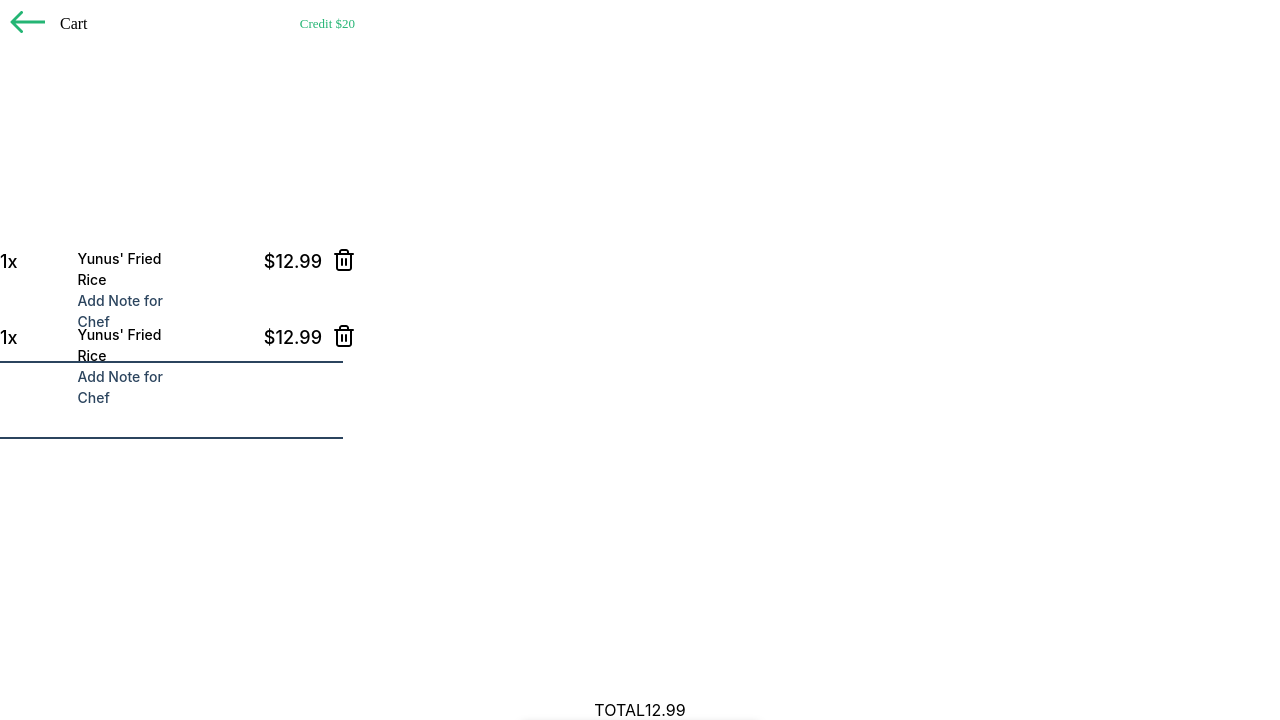
Repository: nguyenlejoe/HomeChef
Page: /DashBoardChef (app in app/)
The author's editor kept a copy of each file at every save. The page is drawn from the files as they stood at one save, then again after the next save.
The browser window is 1280 px wide. The pictures show the whole page.
An inner scrolling area shows only its first screen. The project was rebuilt for these pictures with package versions that can differ from the ones it lists, and the page was loaded fresh each time.

Above is the page before, as saved 2020-11-05 11:16:38.

### app/src/App.js
import React from 'react';
//import logo from './logo.svg';
//import './App.css';
import Pages from './pages/Checkout';

function App() {
  return (
    <Pages />
  );
}

export default App;

### app/src/pages/Checkout.js
import React from 'react';
import './Checkout.scss';
import CheckoutItem from '../comps/CheckoutItem';
import Button from '../comps/MainButton';
import TopBar from '../comps/TopBar';

export default function CheckoutPage() {
  return<div className="app">
       <div className="cart">
           <TopBar text="Cart"></TopBar>
       </div>
       <div className="checkout">
           <CheckoutItem></CheckoutItem>
           <CheckoutItem></CheckoutItem>

       </div>

        <div className="total">
            <div>TOTAL</div>
            <div>12.99</div>
        </div>
        <div className="button">
            <Button text="Checkout"></Button>
        </div>
    </div>
}

### app/src/pages/Checkout.scss
.app{
    width: 100vw;
    height:100vh;
    overflow-x: hidden;

}

.cart{
    margin-bottom: 200px;
}

.checkout{
    margin-bottom: 300px;
    display: flex;
    flex-direction: column;
    // justify-content: center;
}

.checkoutone{
    margin-bottom: 20px;
}

.total{
    display: flex;
    justify-content: center;
}

.button{
    display: flex;
    justify-content: center;
}

### app/src/comps/CheckoutItem/index.js
import React from 'react';
import styled, {css} from 'styled-components';

const Checkoutitemcont = styled.div`

max-width:346px;
max-height:76px;


`
const Carttxt = styled.div`
display:flex;
flex-direction:row;
`
const Quantity = styled.div`
Margin-right: 60px;font-size: 18px;
font-style: normal;
font-weight: 500;
line-height: 27px;
letter-spacing: 0em;
text-align: left;

`

const ItemName = styled.div`
Margin-right: 90px;
font-size: 14px;
font-style: normal;
font-weight: 500;
line-height: 21px;
letter-spacing: 0em;
text-align: left;

`

const ChefNote = styled.div`
color: #2B445E;
cursor:pointer;

`

const Price = styled.div`
font-size: 18px;
font-style: normal;
font-weight: 500;
line-height: 27px;
letter-spacing: 0em;
text-align: left;

`

const Delete = styled.div`

`

const Bottomhr = styled.div`
height: 0px;
width: 341px;
border-radius: nullpx;
border: 1px solid #2B445E;
margin-top:29px;

`

const Iconcont = styled.div `
position:relative;
left:10px;
`









const CheckoutItem = ({Quant, Itemnm, Note, Pricetag,}) => {

    return <Checkoutitemcont>
            <Carttxt>
            <Quantity>{Quant}</Quantity>
            <ItemName>{Itemnm}<ChefNote>   {Note}</ChefNote></ItemName>
            <Price>{Pricetag}</Price>
            <Delete></Delete>
            <Iconcont>
            <img src="/trash-2.svg"/>
            </Iconcont>
            </Carttxt>
            <Bottomhr>

            </Bottomhr>
    </Checkoutitemcont>

}

CheckoutItem.defaultProps = {

    Quant:"1x",
    Itemnm:"Yunus' Fried Rice",
    Note:"Add Note for Chef",
    Pricetag:"$12.99",

}

export default CheckoutItem;

### app/src/comps/MainButton/index.js
import React from 'react';
import styled, {css} from 'styled-components';
import icon2 from '../../assets/DollarSign.png';

const ButtonContainer = styled.button`
    width: ${props =>props.width ? props.width : '239px'};
    height: ${props =>props.height ? props.height : '60px'};
    background-color: ${props =>props.bgcolor ? props.bgcolor : '#24B574'};
    border-radius: ${props =>props.radius ? props.radius : '5px'};
    display: flex;
    justify-content: center;
    align-items: center;
    filter: drop-shadow(0px 4px 4px rgba(0, 0, 0, 0.25));
    border:none;
`;

const ButtonText = styled.p`
    text-align: center;
    font-size: ${props =>props.fontSize ? props.fontSize : '15px'};;
    color:${props =>props.textColor ? props.textColor : '#FFFFFF'};
`;

const Icon = styled.div`
    ${() => css`
        background-image: url(${props =>props.icon1 ? props.icon1 : icon2});
        background-color:white;
        padding:10px;
        background-repeat: no-repeat;
        background-position: center;
        position:absolute;
        left: 0px;
        `}
    `;

const Button = ({text,textColor,bgcolor, width, height, radius, fontSize}) => {
    return <ButtonContainer bgcolor = {bgcolor} height={height} width={width} radius={radius}>
                <ButtonText fontSize={fontSize} textColor = {textColor}>{text}</ButtonText>
            </ButtonContainer>
}

ButtonText.defaultprops = {
    color:null,
}

export default Button;

### app/src/comps/TopBar/index.js
import React from 'react';
import styled from 'styled-components';


const TopBarContainer = styled.div`
   font-family: Poppins;
   display:flex;
   align-items:center;
   width:350px;
   padding:10px;
   position:relative;
`;

const LeftArrowImg = styled.div`
    margin-right:15px;
`;

const TopLeftText = styled.div`
    display:flex;

`;

const CreditText = styled.div`
   color:#24B574;
   font-size:13px;
   position:absolute;
   right:15px;
`;


const TopBar = ({text}) => {

    return <TopBarContainer>
            <LeftArrowImg><img src='/leftarrow.png' /></LeftArrowImg>
            <TopLeftText>{text}</TopLeftText>
            <CreditText>Credit $20</CreditText>
        </TopBarContainer>
}

TopBar.defaultProps = {

}

export default TopBar;

Loaded but not shown: app/public/index.html (common file); app/src/index.js (common file); app/src/index.css (common file); app/src/serviceWorker.js (common file)

After the next save:
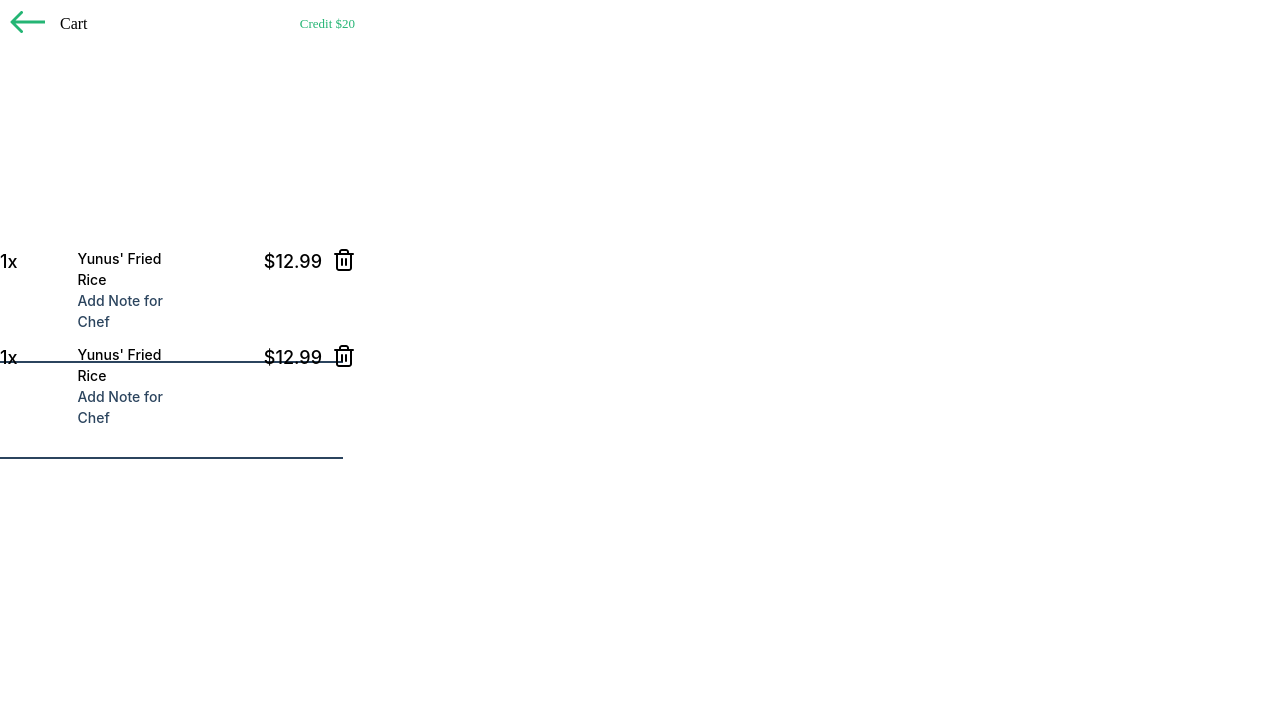
Saved 4 s later.
--- a/app/src/pages/Checkout.js
+++ b/app/src/pages/Checkout.js
@@ -10,7 +10,10 @@ export default function CheckoutPage() {
            <TopBar text="Cart"></TopBar>
        </div>
        <div className="checkout">
+           <div className="checkoutone">
            <CheckoutItem></CheckoutItem>
+           </div>
+
            <CheckoutItem></CheckoutItem>
 
        </div>
